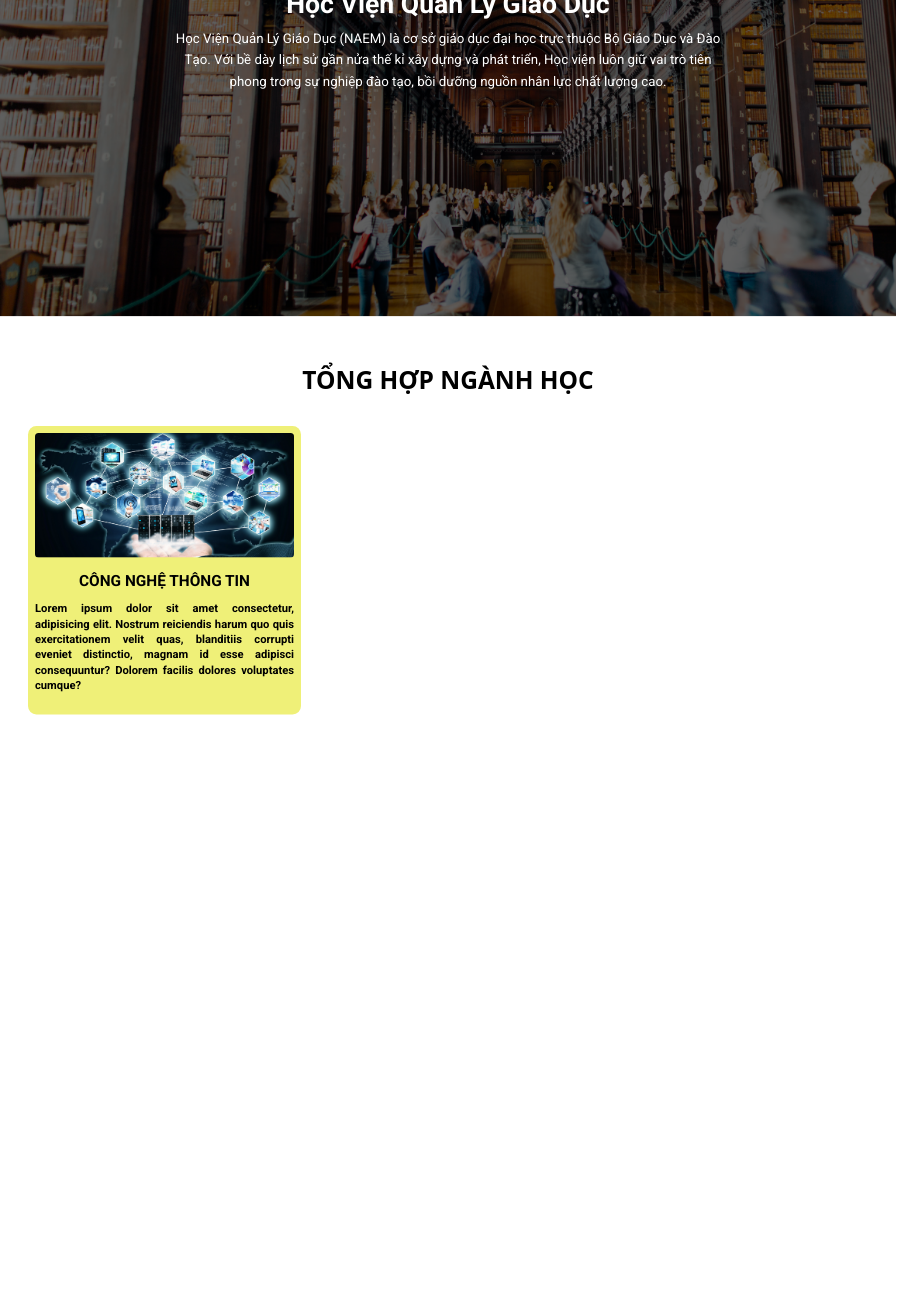
Repository: hongphuck1/trangweb1
Page: index.html
An editor plug-in stored every save of this project. The page is shown before and after the next save, followed by the edit.
The browser window is 1280 px wide. The page is 1288 px wide, so the pictures cover 1288 px, including what lies to the right of the window. The pictures show the part of the page from y = 1472 to 3352 px (the page is 4941 px tall), at 70% of full size.

Above is the page before, as saved 2021-09-07 02:02:32.

### index.html
<!DOCTYPE html>
<html lang="en">

<head>
  <meta charset="UTF-8" />
  <meta name="viewport" content="width=device-width, initial-scale=1, shrink-to-fit=no" />
  <meta http-equiv="x-ua-compatible" content="ie=edge" />
  <title>Material Design for Bootstrap</title>
  <!-- MDB icon -->
  <link rel="icon" href="img/SSS1.png" type="image/x-icon" />
  <!-- Font Awesome -->
  <link rel="stylesheet" href="https://use.fontawesome.com/releases/v5.15.2/css/all.css" />
  <!-- Google Fonts Roboto -->
  <link rel="stylesheet" href="https://fonts.googleapis.com/css2?family=Roboto:wght@300;400;500;700;900&display=swap" />
  <!-- MDB -->
  <link rel="stylesheet" href="css/style.css" />
  <link rel="stylesheet" href="css/base.css" />
  <link rel="stylesheet" href="css/grid.css" />
  <link rel="stylesheet" href="css/mdb.min.css" />
</head>

<body>
  <!-- Start your project here-->
  <div class="main">
    <!--Main Navigation-->
    <header>


      <!-- Navbar -->
      <nav class="navbar--opacity navbar navbar-expand-lg navbar-light fixed-top mask-custom shadow-0">
        <div class="container">

          <a class="navbar-brand nav-link" target="_blank" href="https://mdbootstrap.com/docs/standard/">
            <strong style="font-size: 2.2rem;">MRC</strong>
          </a>
          <button class="navbar-toggler navbar-toggler--opacity" type="button" data-mdb-toggle="collapse"
            data-mdb-target="#navbarSupportedContent" aria-controls="navbarSupportedContent" aria-expanded="false"
            aria-label="Toggle navigation">
            <i style="color: #ccc" class="fas fa-bars"></i>
          </button>
          <div class="collapse navbar-collapse" id="navbarSupportedContent">
            <ul class="navbar-nav me-auto mb-2 mb-lg-0">
              <li class="nav-item active">
                <a class="nav-link" aria-current="page" href="#intro">Giới thiệu</a>
              </li>
              <li class="nav-item">
                <a class="nav-link" href="https://www.facebook.com/MRC.NAEM" rel="nofollow" target="_blank">Hỏi đáp</a>
              </li>
              <li class="nav-item">
                <a class="nav-link" href="https://www.facebook.com/MRC.NAEM" target="_blank">Bài viết</a>
              </li>
              <li class="nav-item">
                <a class="nav-link" href="https://www.facebook.com/messages/t/101815085369835" target="_blank">Liên
                  hệ</a>
              </li>
            </ul>
            <ul class="navbar-nav list-inline">
              <!-- Icons -->
              <li class="">
                <a class="nav-link" href="https://www.youtube.com/channel/UCjl0s7v8m8V4IzuAS1fH-iA" rel="nofollow"
                  target="_blank">
                  <i class="fab fa-youtube"></i>
                </a>
              </li>
              <li class="">
                <a class="nav-link" href="https://www.facebook.com/MRC.NAEM" rel="nofollow" target="_blank">
                  <i class="fab fa-facebook-f"></i>
                </a>
              </li>
              <li class="nav-item">
                <a class="nav-link" href="https://www.tiktok.com/@mrcnaem" rel="nofollow" target="_blank">
                  <i class="fab fa-tiktok"></i>
                </a>
              </li>
              <li class="nav-item">
                <a class="nav-link" href="tel: 0349167687" rel="nofollow" target="_blank">
                  <i class="fas fa-envelope"></i>
                </a>
              </li>
            </ul>
          </div>
        </div>
      </nav>

      <!-- Carousel wrapper -->
      <div id="introCarousel" class="carousel slide carousel-fade shadow-2-strong" data-mdb-ride="carousel">
        <!-- Indicators -->
        <ol class="carousel-indicators">
          <li data-mdb-target="#introCarousel" data-mdb-slide-to="0" class="active"></li>
          <li data-mdb-target="#introCarousel" data-mdb-slide-to="1"></li>
          <li data-mdb-target="#introCarousel" data-mdb-slide-to="2"></li>
        </ol>

        <!-- Inner -->
        <div class="carousel-inner">
          <!-- Single item -->
          <div class="carousel-item active">
            <div class="mask" style="background-color: rgba(0, 0, 0, 0.6);">
              <div class="d-flex justify-content-center align-items-center h-100">
                <div class="text-white text-center">
                  <h1 style="font-size: 2.4rem;" class="mb-3">CLB TUYỂN SINH VÀ TRUYỀN THÔNG - MRC NAEM</h1>
                  <h5 style="font-size: 1.2rem;" class="mb-4">Hỗ trợ tư vấn - hướng nghiệp, trả lời những thắc mắc cho
                    học sinh và phụ huynh.</h5>

                  <a style="font-size: 1.8rem; " class="btn-DANGKI btn btn-outline-light btn-lg m-2"
                    href="https://www.facebook.com/MRC.NAEM" target="_blank" role="button">Đăng kí ngay</a>
                </div>
              </div>
            </div>
          </div>

          <!-- Single item -->
          <div class="carousel-item">
            <div class="mask" style="background-color: rgba(0, 0, 0, 0.3);">
              <div class="d-flex justify-content-center align-items-center h-100">
                <div class="text-white text-center">
                  <h1 style="font-size: 2.4rem;" class="mb-3">CLB TUYỂN SINH VÀ TRUYỀN THÔNG - MRC NAEM</h1>
                  <h5 style="font-size: 1.2rem;" class="mb-4">Hỗ trợ tư vấn - hướng nghiệp, trả lời những thắc mắc cho
                    học sinh và phụ huynh.</h5>

                  <a style="font-size: 1.8rem; " class="btn-DANGKI btn btn-outline-light btn-lg m-2"
                    href="https://www.facebook.com/MRC.NAEM" target="_blank" role="button">Đăng kí ngay</a>
                </div>
              </div>
            </div>
          </div>

          <!-- Single item -->
          <div class="carousel-item">
            <div class="mask" style="
                background: linear-gradient(
                  45deg,
                  rgba(29, 236, 197, 0.7),
                  rgba(91, 14, 214, 0.7) 100%
                );
              ">
              <div class="d-flex justify-content-center align-items-center h-100">
                <div class="text-white text-center">
                  <h1 style="font-size: 2.4rem;" class="mb-3">CLB TUYỂN SINH VÀ TRUYỀN THÔNG - MRC NAEM</h1>
                  <h5 style="font-size: 1.2rem;" class="mb-4">Hỗ trợ tư vấn - hướng nghiệp, trả lời những thắc mắc cho
                    học sinh và phụ huynh.</h5>

                  <a style="font-size: 1.8rem; " class="btn-DANGKI btn btn-outline-light btn-lg m-2"
                    href="https://www.facebook.com/MRC.NAEM" target="_blank" role="button">Đăng kí ngay</a>
                </div>
              </div>
            </div>
          </div>
        </div>
        <!-- Inner -->

        <!-- Controls -->
        <a class="carousel-control-prev" href="#introCarousel" role="button" data-mdb-slide="prev">
          <span class="carousel-control-prev-icon" aria-hidden="true"></span>
          <span class="sr-only">Previous</span>
        </a>
        <a class="carousel-control-next" href="#introCarousel" role="button" data-mdb-slide="next">
          <span class="carousel-control-next-icon" aria-hidden="true"></span>
          <span class="sr-only">Next</span>
        </a>
      </div>
      <!-- Carousel wrapper -->
    </header>


    <section>
      <div class="container-body">
        <div class="container-body-name">
          <h1>Thông Tin Tuyển Sinh</h1>
        </div>

        <div class="row">
          <div class="col l-6">
            <div class="container-body-content">
              <h2 class="container-body-content__name">Các Phương Án Xét Tuyển</h2>
              <div class="container-body-content-attention">
                <i class="fas fa-check-double"></i>
                <h4>Dựa vào học bạ (Điểm HK1 & HK2 lớp 11 và điểm HK1 lớp 12)</h4>
              </div>
              <div class="container-body-content-attention">
                <i class="fas fa-check-double"></i>
                <h4>Sử dụng kết quả thi THPT 2021</h4>
              </div>
              <div class="container-body-content-attention">
                <i class="fas fa-check-double"></i>

                <h4>Tuyển thẳng</h4>
              </div>
              <div class="container-body-content-attention">
                <i class="far fa-bell"></i>
                <h4>Cơ hội trúng tuyển cao khi có tới 70% chỉ tiêu qua xét tuyển học bạ</h4>
              </div>
              <div class="container-body-content-attention">
                <i class="far fa-plus-square"></i>
                <h4>Đặc biệt sinh viên được phép học thêm một ngành khác tại Học viện (Luật, Ngôn ngữ Anh, Tâm lý giáo
                  dục, Quản trị văn phòng, Giáo dục học, Quản lý giáo dục và Kinh tế giáo dục)</h4>
              </div>
            </div>
          </div>
          <div class="col l-6">
            <div class="container-body-img">
              <img src="img/klipartz.com_-1024x586.png" alt="">
            </div>
          </div>
        </div>


      </div>

      <div class="container-body-review">
        <div class="grid wide">
          <div class="row">
            <div class="col l-12">
              <img src="img/1-1.png" alt="">
              <div class="container-body-review__name">
                Học Viện Quản Lý Giáo Dục
              </div>
              <div class="container-body-review__title">
                Học Viện Quản Lý Giáo Dục (NAEM) là cơ sở giáo dục đại học trực thuộc Bộ Giáo Dục và Đào Tạo. Với bề dày
                lịch sử gần nửa thế kỉ xây dựng và phát triển, Học viện luôn giữ vai trò tiên phong trong sự nghiệp đào
                tạo, bồi dưỡng nguồn nhân lực chất lượng cao.
              </div>
            </div>
          </div>
        </div>
      </div>

      <div class="container-body-subjects">
        <h1>TỔNG HỢP NGÀNH HỌC</h1>

        <div class="grid wide">
          <div class="row">
            <div class="col l-4">
              <div class="container-body-subject">
                <img src="img/congnghethongtin.png" alt="">
                <h2>CÔNG NGHỆ THÔNG TIN</h2>
                <h4>Lorem ipsum dolor sit amet consectetur, adipisicing elit. Nostrum reiciendis harum quo quis
                  exercitationem velit quas, blanditiis corrupti eveniet distinctio, magnam id esse adipisci
                  consequuntur? Dolorem facilis dolores voluptates cumque?</h4>
              </div>
            </div>
            <div class="col l-4"></div>
            <div class="col l-4"></div>
          </div>
        </div>

    </section>

  </div>
  <!--Main Navigation-->
  <!-- End your project here-->

  <!-- MDB -->
  <script type="text/javascript" src="js/mdb.min.js"></script>
  <!-- Custom scripts -->
  <script type="text/javascript"></script>
</body>

</html>

### css/style.css

.main {

    height: 1000px;
}

/* Carousel styling */
#introCarousel,
.carousel-inner,
.carousel-item,
.carousel-item.active {
  height: 100vh;
}

.carousel-item:nth-child(1) {
  background-image: url('https://mdbootstrap.com/img/Photos/Others/images/76.jpg');
  background-repeat: no-repeat;
  background-size: cover;
  background-position: center center;
}

.carousel-item:nth-child(2) {
  background-image: url('https://mdbootstrap.com/img/Photos/Others/images/77.jpg');
  background-repeat: no-repeat;
  background-size: cover;
  background-position: center center;
}

.carousel-item:nth-child(3) {
  background-image: url('https://mdbootstrap.com/img/Photos/Others/images/78.jpg');
  background-repeat: no-repeat;
  background-size: cover;
  background-position: center center;
}

/* Height for devices larger than 576px */
@media (min-width: 992px) {
  #introCarousel {
    margin-top: -58.59px;
  }
}

.navbar .nav-link {
  color: #fff !important;
}



/* trèn đè css boottraps */

.nav-link {
  /* padding: 1.2rem 1rem !important; */
  font-size: 1.6rem;
  padding-right: 20px !important;
}

.nav-link:hover {
  /* padding: 1.2rem 1rem !important; */
  color: yellow !important;
  transition: color 0.5s ;
}


.btn-DANGKI:hover {
  color: yellow !important;
  border: 1px solid yellow !important;
  transition: 0.5s ;
}

.navbar-dark .navbar-toggler, .navbar-light .navbar-toggler {
  display: block;
}

.navbar--opacity {
  background-color: rgba(1,1,1,0.2);
}


@media only screen and (max-width: 600px) {
 .text-center h1 {
    font-size: 2.7rem !important;
    padding: 20px 0;
  }
  .carousel-control-next, .carousel-control-prev{
    display: none !important;
  }
  .text-center h5{
    padding: 0 20px;
    line-height: 1.9rem !important;
    font-size: 1.4rem !important;
  }
}


@import url('https://fonts.googleapis.com/css2?family=Poppins:wght@300;400;600;700&display=swap');
  :root {
    --primary: #08aeea;
    --secondary: #13D2B8;
    --purple: #bd93f9;
    --pink: #ff6bcb;
    --blue: #8be9fd;
    --gray: #333;
    --font: "Poppins", sans-serif;
    --gradient: linear-gradient(40deg, #ff6ec4, #7873f5);
    --shadow: 0 0 15px 0 rgba(0,0,0,0.05);
  }
  *,
  *:before,
  *:after {
    box-sizing: border-box;
  }
  html {
    font-size: 62.5%;
  }

  body {
    font-family: var(--font);
    font-size: 1.4rem;
    overflow-x: hidden;
    font-weight: 300;
  }

  img {
    display: block;
    max-width: 100%;
  }

  a {
    text-decoration: none;
  }

  input,
  button,
  textarea,
  select {
    font-family: var(--font);
    font-size: 1.4rem;
    font-weight: 300;
    outline: none;
    border: 0;
    margin: 0;
    padding: 0;
    border-radius: 0;
    -webkit-appearance: none;
  }

  button {
    cursor: pointer;
  }

          .simple-card {
            background-color: white;
            border-radius: 2rem;
            padding: 1.5rem;
            box-shadow: var(--shadow);
          }
          .simple-card-image {
            position: relative;
            height: 0;
            padding-bottom: 56.25%;
          }
          .simple-card-image > img {
            position: absolute;
            top: 0;
            left: 0;
            width: 100%;
            height: 100%;
            object-fit: cover;
            border-radius: 1rem;
          }
          .simple-card-content {
            padding: 3rem 1rem;
          }
          .simple-card-title {
            font-weight: 500;
            font-size: 2rem;
            line-height: 1.6;
            margin-bottom: 1.5rem;
            color: #2b2b2b;
          }
          .simple-card-desc {
            color: #c7cbdc;
            font-weight: 300;
            line-height: 1.6;
            font-size: 1.4rem;
            margin-bottom: 3rem;
          }
          .simple-card-line {
            width: 30%;
            height: 2px;
            margin-left: auto;
            background-color: var(--primary);
          }

          .container-body{
            padding-top: 40px;
            padding-bottom: 70px;
          }
          .container-body-name{
            text-align: center;
            padding: 40px 0 ;
          }
          .container-body-name h1{
            color: #000000;
            font-family: "Open Sans", Sans-serif;
            font-size: 35px;
            font-weight: 700;
            text-transform: capitalize;
          }

          .container-body-content{
           padding-left: 100px;
          }
          .container-body-content__name{
           font-size: 2.8rem;
           color: #000000;
           padding-bottom: 10px;
          }
          .container-body-content-attention{
          display: flex;
          align-items: center;
          padding: 4px 0;
          }
          .container-body-content-attention i{
            transform: translateY(-15%);
            padding-right: 10px;
            font-size: 1.8rem;
            color: var(--primary);
          }
          .container-body-content-attention h4{
            font-size: 1.8rem;
          }

          .container-body-img{
          padding: 0 50px ;
          }

.container-body-review {
  background-image: url(../img/Thiết\ kế\ không\ tên.png);
  background-repeat: no-repeat;
  background-size: cover;
  height: 100vh;
}

.container-body-review img {
  width: 150px;
  margin: auto;
  padding-top: 90px;
}


.container-body-review__name, .container-body-review__title {
  text-align: center;
  color: white;
padding-top: 20px;
}

.container-body-review__name {
  font-size: 3.8rem;
  padding: 4px 0;
  font-weight: 600;
}

.container-body-review__title {
  font-size: 1.9rem;
  padding: 0 200px;
}



/* TỔNG HỢP NGÀNH HỌC */

.container-body-subjects{
  padding: 70px 0;
}

.container-body-subjects h1 {
  text-align: center;
  padding-bottom: 40px;
  color: rgb(0, 0, 0);
    font-family: "Open Sans", sans-serif;
    font-size: 35px;
    font-weight: 700;
    text-transform: capitalize;
}

.container-body-subject {
  background-color: #eff078;
  text-align: center;
  border-radius: 12px;
  color: #000000;
}

.container-body-subject img {
  width: 100%;
  padding: 10px;
  border-radius: 15px;

}

.container-body-subject h2{
  padding: 10px 0;
  font-weight: 600;
  font-size: 2.2rem;
}

.container-body-subject h4{
  padding:  0 10px 30px;
  line-height: 2.2rem;
  text-align: justify;
  font-weight: 600;
  font-size: 1.6rem;
}

### css/base.css
:root {
    --white-color: #fff;
    --black-color: #000;
    --text-color: rgb(110, 109, 109);
    --primary-color: #6EC1E4;
    --primary-color-sub: #fd3f00;
    --border-color: #dbdbdb;

    --header: 109px;
    --header-top: 36px;
    --navbar-height: 27px;
    --header-with-search-height: calc(var(--header-height) - var(--navbar-height));
    --header-sort-bar-height: 46px;
}


* {
    margin: 0;
    padding: 0;
    box-sizing: border-box;

}
.no-copy__text {
    user-select: none;
}
html {
    font-size: 62.5%;
    line-height: 1.6rem;
    font-family: 'Roboto', sans-serif;

    /* user-select: none;   không cho copy text */
}

body {
    height: 5000px;
}
@media only screen and  (max-width: 1000px) and (min-width: 700px) {
    html {
    }
}

Loaded but not shown: css/mdb.min.css (library); js/mdb.min.js (library); css/grid.css (590 lines, source omitted)

After the next save:
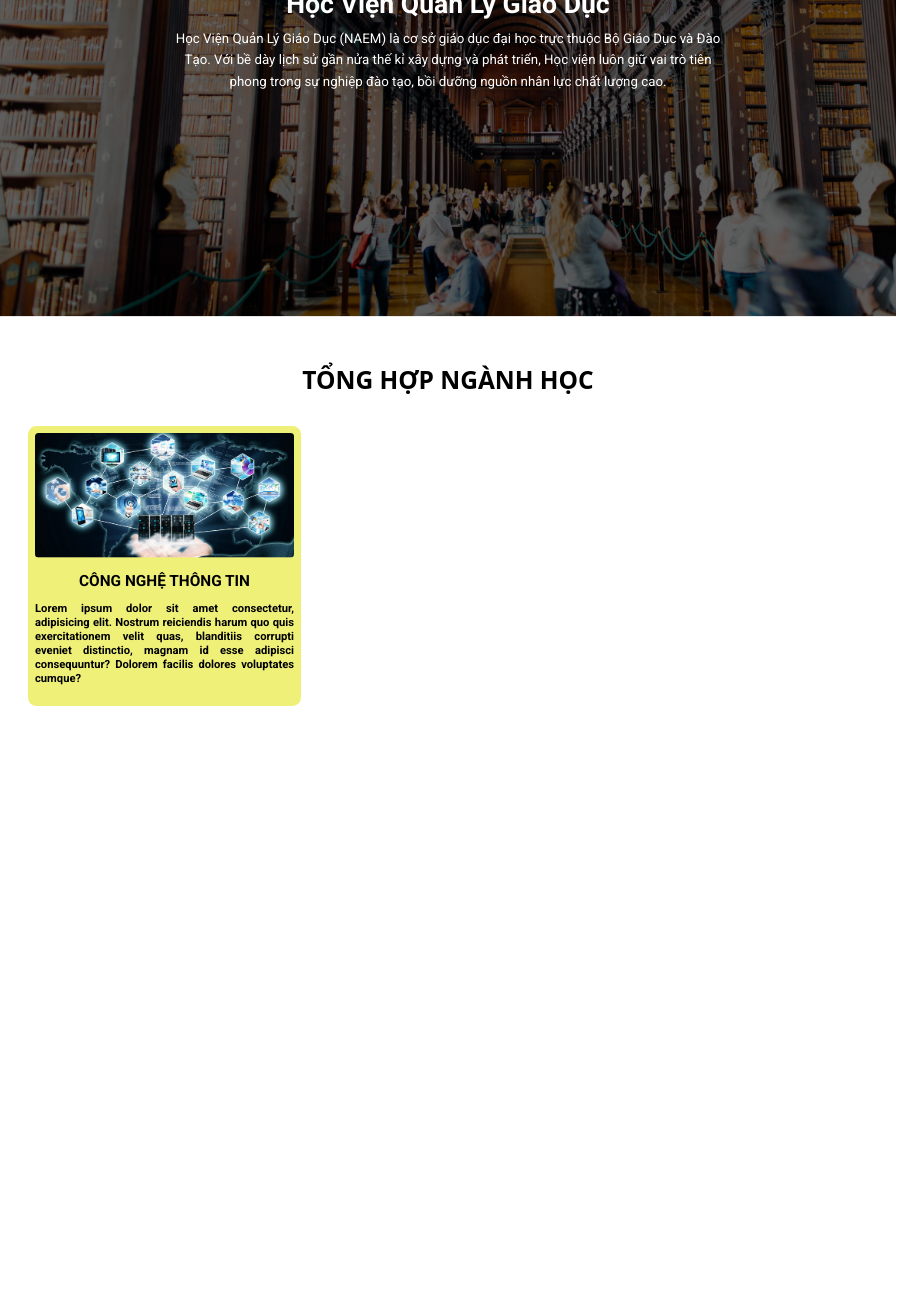
Saved 6 s later.
--- a/css/style.css
+++ b/css/style.css
@@ -306,7 +306,7 @@
 
 .container-body-subject h4{
   padding:  0 10px 30px;
-  line-height: 2.2rem;
+  line-height: 2.0rem;
   text-align: justify;
   font-weight: 600;
   font-size: 1.6rem;
